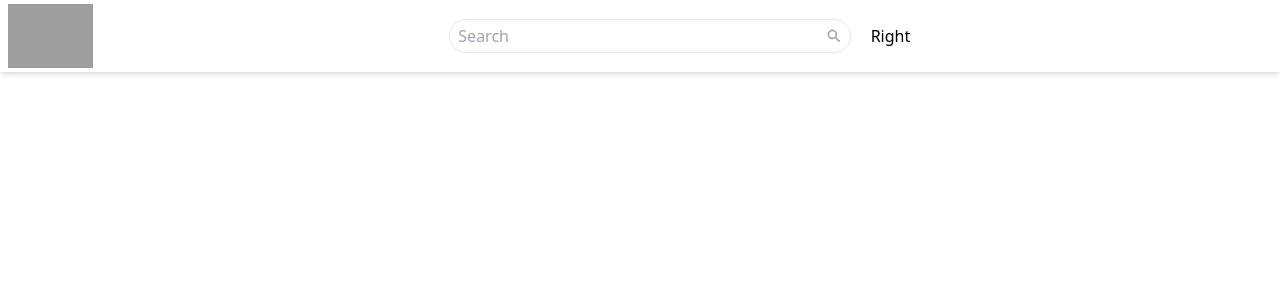
Repository: BroDudeeee/Airbnb-Clone
Page: /
An editor plug-in stored every save of this project. The page is shown before and after the next save, followed by the edit.
The browser window is 1280 px wide. The pictures show the whole page.
Pictures or frames that could not be fetched are drawn as grey boxes. The project was rebuilt for these pictures with package versions that can differ from the ones it lists, and the page was loaded fresh each time. The framework's server and built-in components were replaced by stand-ins that run in the browser. Also part of the build but not shown: next.config.js.

Above is the page before, as saved 2022-06-20 19:52:19.

After the next save:
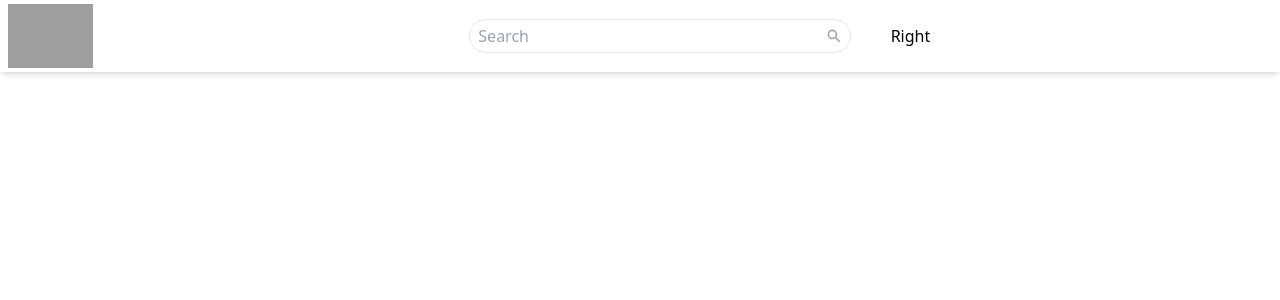
Saved 8 s later.
--- a/components/Header.js
+++ b/components/Header.js
@@ -3,7 +3,7 @@ import { SearchIcon } from '@heroicons/react/solid'
 
 const Header = () => {
   return (
-    <header className='grid grid-cols-3 shadow-md bg-white sticky top-0 z-50 items-center py-1 px-2 space-x-5'>
+    <header className='grid grid-cols-3 shadow-md bg-white sticky top-0 z-50 items-center py-1 px-2 space-x-10'>
       {/* Left */}
       <div className='relative h-16 cursor-pointer'>
         <Image
